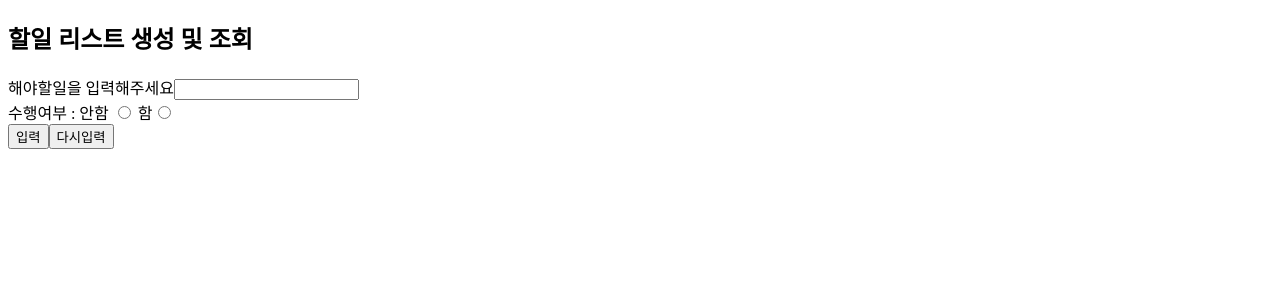
Repository: Tak-kuen/18-2
Page: http://localhost/studyjsp/TodoServlet
These files come from the project's save history. The page is drawn as it stood at one moment and after the next save; the edit follows.
The browser window is 1280 px wide. The pictures show the whole page.
The page is served by Tomcat 9. Queries for data that is not in the repository find no rows.

Above is the page before, as saved 2018-10-04 00:29:28.

After the next save:
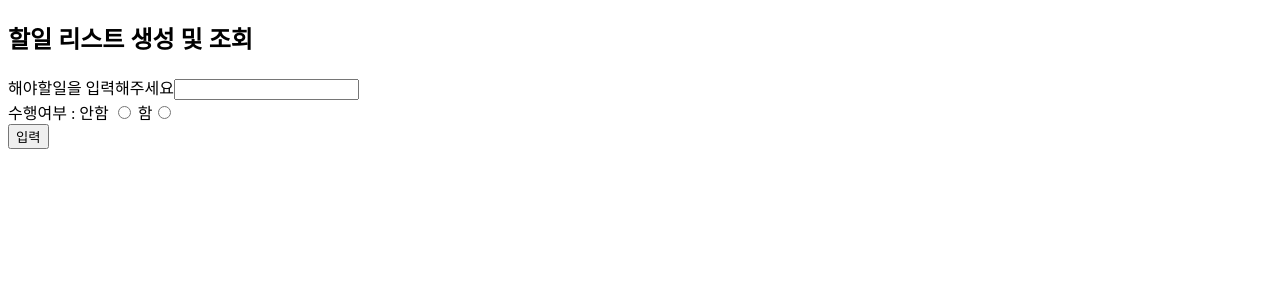
Saved 75 s later.
--- a/code/studyjsp/WebContent/Jsp/372_todo.jsp
+++ b/code/studyjsp/WebContent/Jsp/372_todo.jsp
@@ -12,7 +12,7 @@
 		해야할일을 입력해주세요<input type="text" name="detail" ><br/>
 		수행여부 : 안함 <input type="radio" name="done" value="0">
 		함<input type="radio" name="done" value="1"><br/>
-		<input type="submit" value="입력"><input type="reset" value="다시입력">
+		<input type="submit" value="입력">
 	</form>
 
 </body>
